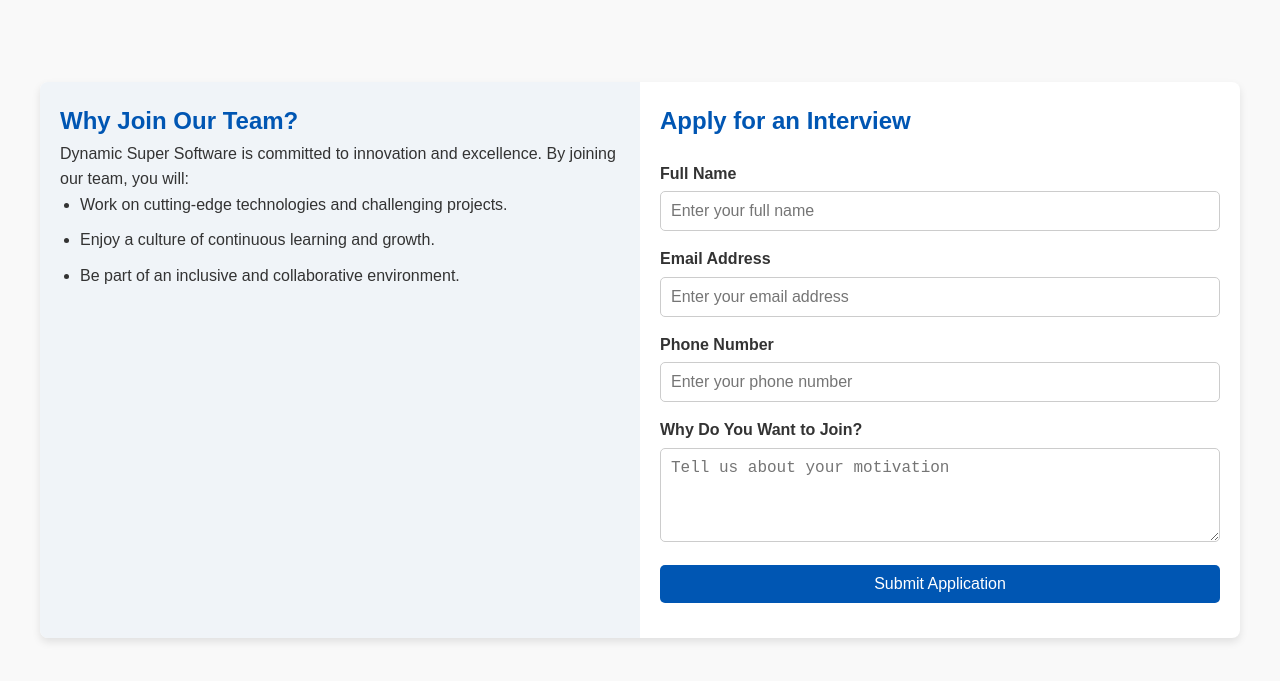
Repository: abhibkop27/CIMDR
Page: src/sample.html
The author's editor kept a copy of each file at every save. The page is drawn from the files as they stood at one save, then again after the next save.
The browser window is 1280 px wide. The pictures show the whole page.

Above is the page before, as saved 2025-01-20 15:54:16.

After the next save:
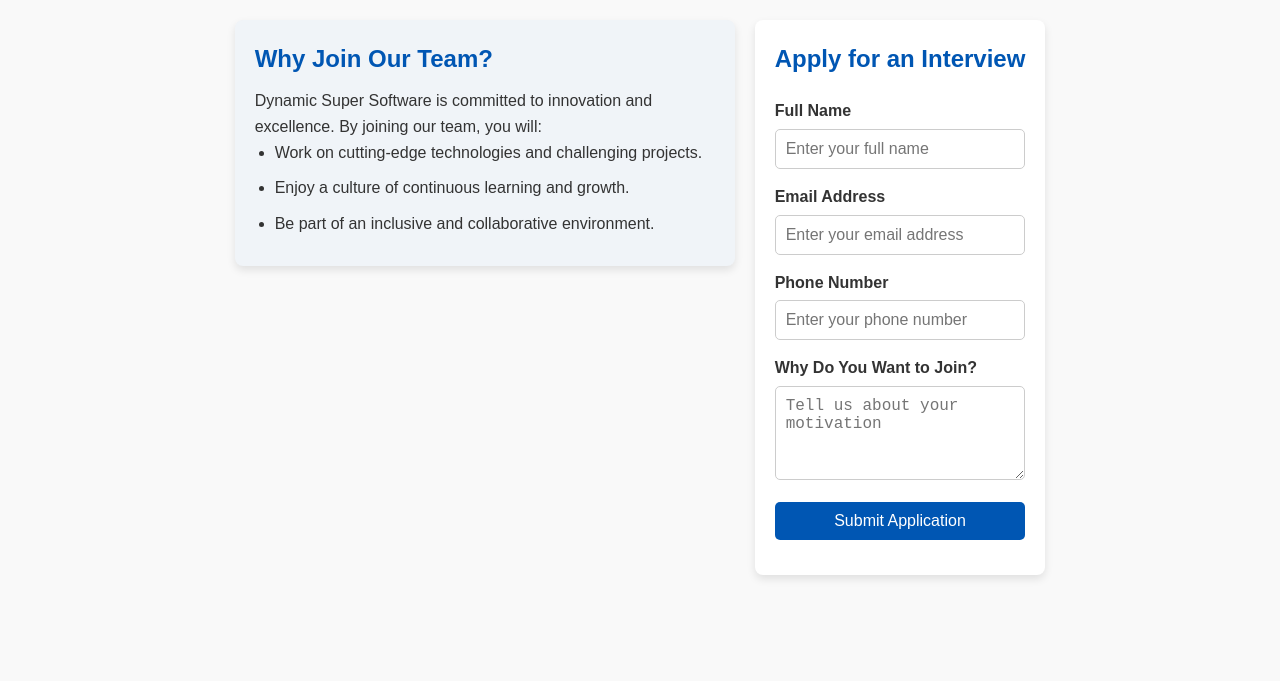
Saved 63 s later.
--- a/src/sample.html
+++ b/src/sample.html
@@ -18,25 +18,21 @@
             color: #333;
             display: flex;
             justify-content: center;
-            align-items: center;
-            min-height: 100vh;
+            align-items: flex-start;
+            flex-wrap: wrap;
+            gap: 20px;
+            padding: 20px;
         }
-        .container {
-            display: flex;
-            max-width: 1200px;
-            width: 100%;
-            background: #fff;
+        .info-section {
+            max-width: 500px;
+            background: #f0f4f8;
+            padding: 20px;
             border-radius: 8px;
             box-shadow: 0 4px 8px rgba(0, 0, 0, 0.1);
-            overflow: hidden;
-        }
-        .info-section {
-            flex: 1;
-            padding: 20px;
-            background: #f0f4f8;
         }
         .info-section h2 {
             color: #0056b3;
+            margin-bottom: 10px;
         }
         .info-section ul {
             list-style: disc;
@@ -46,8 +42,11 @@
             margin-bottom: 10px;
         }
         .form-section {
-            flex: 1;
+            max-width: 500px;
+            background: #fff;
             padding: 20px;
+            border-radius: 8px;
+            box-shadow: 0 4px 8px rgba(0, 0, 0, 0.1);
         }
         .form-section h2 {
             margin-bottom: 20px;
@@ -79,55 +78,49 @@
             background-color: #003d80;
         }
         @media (max-width: 768px) {
-            .container {
+            body {
                 flex-direction: column;
-            }
-            .info-section, .form-section {
-                flex: none;
-                width: 100%;
             }
         }
     </style>
 </head>
 <body>
-    <div class="container">
-        <!-- Information Section -->
-        <div class="info-section">
-            <h2>Why Join Our Team?</h2>
-            <p>Dynamic Super Software is committed to innovation and excellence. By joining our team, you will:</p>
-            <ul>
-                <li>Work on cutting-edge technologies and challenging projects.</li>
-                <li>Enjoy a culture of continuous learning and growth.</li>
-                <li>Be part of an inclusive and collaborative environment.</li>
-            </ul>
-        </div>
+    <!-- Information Section -->
+    <div class="info-section">
+        <h2>Why Join Our Team?</h2>
+        <p>Dynamic Super Software is committed to innovation and excellence. By joining our team, you will:</p>
+        <ul>
+            <li>Work on cutting-edge technologies and challenging projects.</li>
+            <li>Enjoy a culture of continuous learning and growth.</li>
+            <li>Be part of an inclusive and collaborative environment.</li>
+        </ul>
+    </div>
 
-        <!-- Form Section -->
-        <div class="form-section">
-            <h2>Apply for an Interview</h2>
-            <form action="https://api.web3forms.com/submit" method="POST">
-                <input type="hidden" name="apikey" value="YOUR_API_KEY">
-                <div class="form-group">
-                    <label for="name">Full Name</label>
-                    <input type="text" id="name" name="name" placeholder="Enter your full name" required>
-                </div>
-                <div class="form-group">
-                    <label for="email">Email Address</label>
-                    <input type="email" id="email" name="email" placeholder="Enter your email address" required>
-                </div>
-                <div class="form-group">
-                    <label for="phone">Phone Number</label>
-                    <input type="tel" id="phone" name="phone" placeholder="Enter your phone number" required>
-                </div>
-                <div class="form-group">
-                    <label for="message">Why Do You Want to Join?</label>
-                    <textarea id="message" name="message" placeholder="Tell us about your motivation" rows="4" required></textarea>
-                </div>
-                <div class="form-group">
-                    <button type="submit">Submit Application</button>
-                </div>
-            </form>
-        </div>
+    <!-- Form Section -->
+    <div class="form-section">
+        <h2>Apply for an Interview</h2>
+        <form action="https://api.web3forms.com/submit" method="POST">
+            <input type="hidden" name="apikey" value="YOUR_API_KEY">
+            <div class="form-group">
+                <label for="name">Full Name</label>
+                <input type="text" id="name" name="name" placeholder="Enter your full name" required>
+            </div>
+            <div class="form-group">
+                <label for="email">Email Address</label>
+                <input type="email" id="email" name="email" placeholder="Enter your email address" required>
+            </div>
+            <div class="form-group">
+                <label for="phone">Phone Number</label>
+                <input type="tel" id="phone" name="phone" placeholder="Enter your phone number" required>
+            </div>
+            <div class="form-group">
+                <label for="message">Why Do You Want to Join?</label>
+                <textarea id="message" name="message" placeholder="Tell us about your motivation" rows="4" required></textarea>
+            </div>
+            <div class="form-group">
+                <button type="submit">Submit Application</button>
+            </div>
+        </form>
     </div>
 </body>
 </html>
